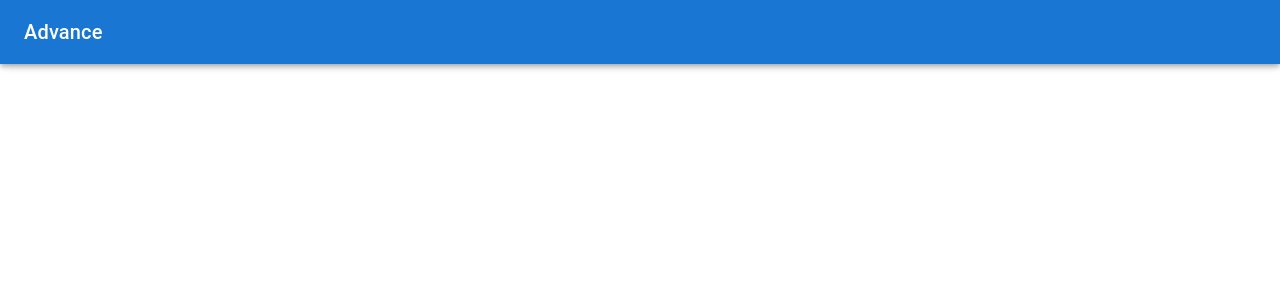
Repository: knowledgeAlan/react-mui
Page: /
The author's editor kept a copy of each file at every save. The page is drawn from the files as they stood at one save, then again after the next save.
The browser window is 1280 px wide. The pictures show the whole page.
The project was rebuilt for these pictures with package versions that can differ from the ones it lists, and the page was loaded fresh each time. Also part of the build but not shown: vite.config.ts.

Above is the page before, as saved 2025-01-20 18:21:08.

After the next save:
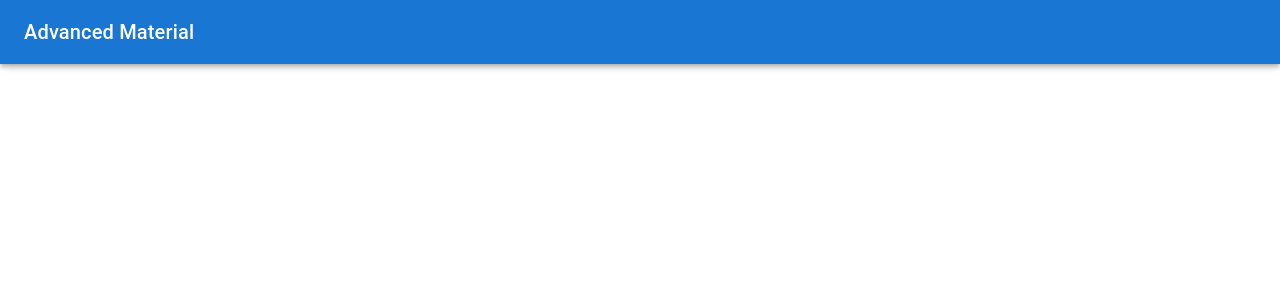
Saved 6 s later.
--- a/src/components/Scaffold/NaviDrawer.tsx
+++ b/src/components/Scaffold/NaviDrawer.tsx
@@ -6,7 +6,7 @@ export default function NavDrawer(){
         <AppBar position="fixed">
             <Toolbar>
                 <Typography variant="h6" noWrap>
-                    Advance
+                    Advanced Material
                 </Typography>
             </Toolbar>
         </AppBar>
